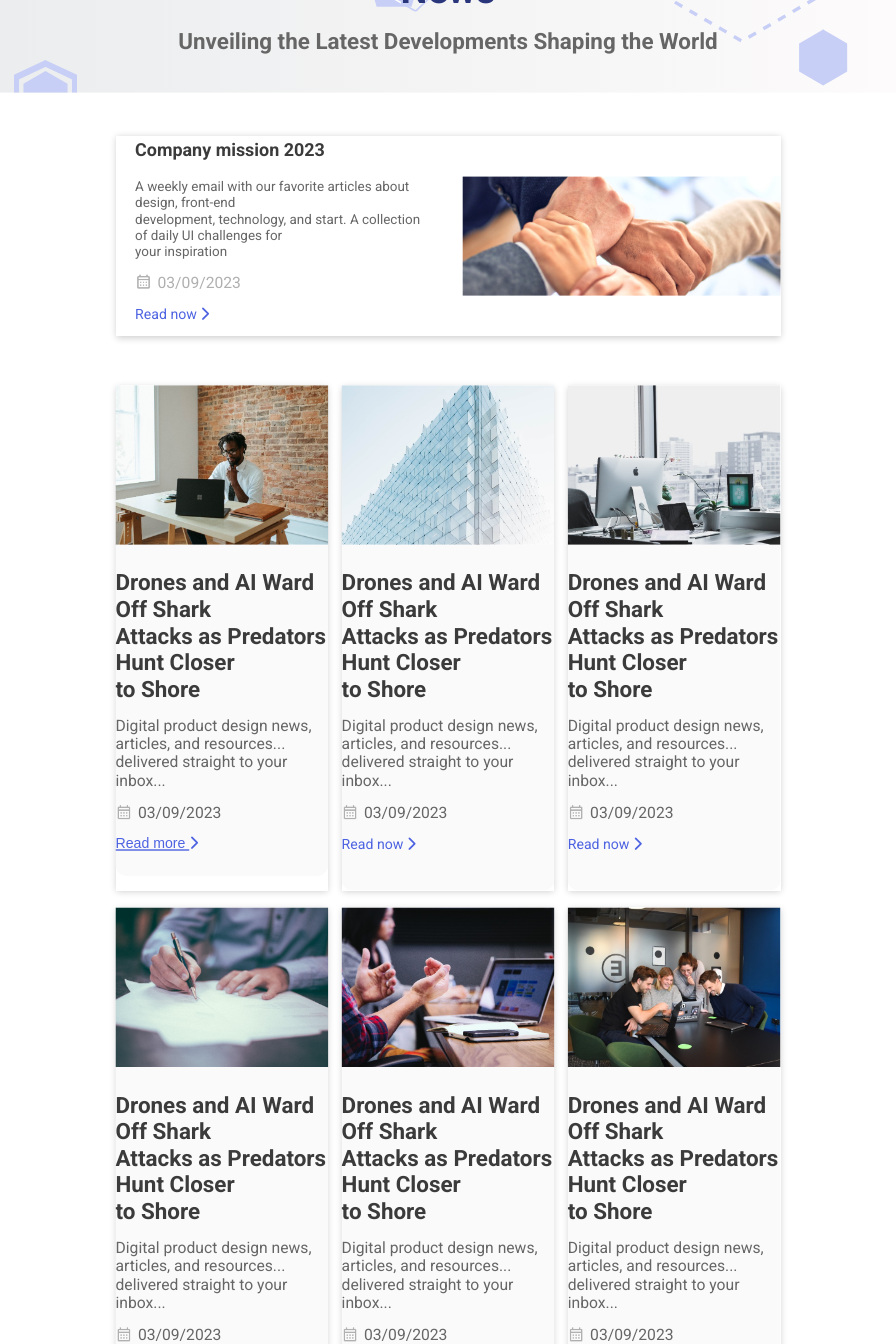
Repository: trunghau06/baitapRn
Page: pages/news.html
The author's editor kept a copy of each file at every save. The page is drawn from the files as they stood at one save, then again after a run of saves.
The browser window is 1280 px wide. The pictures show the part of the page from y = 376 to 2296 px (the page is 3739 px tall before and 3736 px after), at 70% of full size.

Above is the page before, as saved 2025-10-09 22:45:34.

### pages/news.html
<!DOCTYPE html>
<html lang="en">
<head>
    <meta charset="UTF-8">
    <meta name="viewport" content="width=device-width, initial-scale=1.0">
    <title>News</title>
    <link rel="stylesheet" href="../style/news.css?v=1">
    <link rel="stylesheet" href="https://cdnjs.cloudflare.com/ajax/libs/font-awesome/6.5.1/css/all.min.css">
    <link href="https://fonts.googleapis.com/css2?family=Roboto:wght@400;700&display=swap" rel="stylesheet">
</head>
<body>
    <!-- Thanh Header -->
    <header>
        <div class="header-Page">
            <!-- Logo -->
            <div class="logo">BEYOND COMPASS</div>

            <!-- Navigation Menu -->
            <nav>
                <ul>
                    <li><a href="../index.html"              >HOME        </a></li>
                    <li><a href="about.html"              >ABOUT US    </a></li>
                    <li><a href="product.html"            >OUR PRODUCTS</a></li>
                    <li><a href="news.html" class="active">NEWS        </a></li>
                    <li><a href="team.html"               >OUR TEAM    </a></li>
                    <li><a href="contact.html"            >CONTACT     </a></li>
                    <li><a href="blogs.html"              >BLOGS       </a></li>
                </ul>
            </nav>
        </div>
    </header>

    <div class="header-banner"></div>

    <!-- Gioi Thieu -->
    <div class="introduce-Page">
        <svg class="hexagon-small-double" viewBox="0 0 100 115" xmlns="http://www.w3.org/2000/svg">
            <polygon points="50 10, 85 30, 85 70, 50 90, 15 70, 15 30"
                    fill="#C8CFF6"
                    stroke="none"/>
            <polygon points="50 -2, 97 20, 97 80, 50 102, 3 80, 3 20"
                    fill="none"
                    stroke="#C8CFF6"
                    stroke-width="10"/>
        </svg>

        <div class="hexagon hexagon-large"></div>

         <svg class="hexagon-outline" viewBox="0 0 100 115" xmlns="http://www.w3.org/2000/svg">
            <polygon points="50 0, 93 25, 93 75, 50 100, 7 75, 7 25"
                    fill="none"
                    stroke="#C8CFF6"
                    stroke-width="2"
                    stroke-dasharray="5, 5"/>
        </svg>

        <svg class="pentagon-outline" viewBox="0 0 100 100" xmlns="http://www.w3.org/2000/svg">
            <defs>
                <linearGradient id="strokeHalfColor" x1="0%" y1="0%" x2="100%" y2="0%">
                    <stop offset="50%" style="stop-color:#FFFFFF;stop-opacity:1" />
                    <stop offset="50%" style="stop-color:#C8CFF6;stop-opacity:1" />
                </linearGradient>
            </defs>
            <polygon points="50 5, 95 40, 80 90, 20 90, 5 40"
                    fill="none"
                    stroke="url(#strokeHalfColor)"
                    stroke-width="3"
                    transform="rotate(30 50 50)"/>
        </svg>

        <svg class="pentagon-filled" viewBox="0 0 100 100" xmlns="http://www.w3.org/2000/svg">
            <polygon points="50 5, 95 40, 80 90, 20 90, 5 40"
                    fill="#C8CFF6"
                    stroke="#C8CFF6"
                    stroke-width="3"/>
        </svg>

        <h1>News</h1>

        <h3>Unveiling the Latest Developments Shaping the World</h3>
    </div>

    <div class="featured-article">
        <div class="main-featured">
            <div class="main-featured-content">
                <h3>
                    Company mission 2023
                </h3>

                <p>
                    A weekly email with our favorite articles about design, front-end <br>
                    development, technology, and start. A collection of daily UI challenges for <br>
                    your inspiration
                </p>

                <div class="calendar">
                    <img src="../Images/ic_calendar.png" alt="">

                    <p>03/09/2023</p>
                </div>

                <div class="detail">
                    <p>Read now <i class="fas fa-chevron-right"></i></p>
                </div>
            </div>

            <div class="main-featured-image">
                <img src="../Images/image_new_1.jpg" alt="Featured Article">
            </div>
        </div>

        <div class="box-section">
            <!-- box 1 -->
            <div class="box">
                <img src="../Images/image_new_2.jpg" alt="">

                <div class="content-box">
                    <h4>
                        Drones and AI Ward Off Shark<br>
                        Attacks as Predators Hunt Closer <br>
                        to Shore
                    </h4>

                    <p>
                        Digital product design news, articles, and resources...<br>
                        delivered straight to your inbox...
                    </p>

                    <div class="calendar-Box">
                        <img src="../Images/ic_calendar.png" alt="">

                        <p>03/09/2023</p>
                    </div>

                    <div class="detail-Box">
                        <a href="detailNews.html">Read more <i class="fas fa-chevron-right"></i></a>
                    </div>
                </div>
            </div>

            <!-- box 2 -->
            <div class="box">
                <img src="../Images/image_new_3.jpg" alt="">

                <div class="content-box">
                    <h4>
                        Drones and AI Ward Off Shark<br>
                        Attacks as Predators Hunt Closer <br>
                        to Shore
                    </h4>

                    <p>
                        Digital product design news, articles, and resources...<br>
                        delivered straight to your inbox...
                    </p>

                    <div class="calendar-Box">
                        <img src="../Images/ic_calendar.png" alt="">

                        <p>03/09/2023</p>
                    </div>

                    <div class="detail-Box">
                        <p>Read now <i class="fas fa-chevron-right"></i></p>
                    </div>
                </div>
            </div>

            <!-- box 3 -->
            <div class="box">
                <img src="../Images/image_new_4.jpg" alt="">

                <div class="content-box">
                    <h4>
                        Drones and AI Ward Off Shark<br>
                        Attacks as Predators Hunt Closer <br>
                        to Shore
                    </h4>

                    <p>
                        Digital product design news, articles, and resources...<br>
                        delivered straight to your inbox...
                    </p>

                    <div class="calendar-Box">
                        <img src="../Images/ic_calendar.png" alt="">

                        <p>03/09/2023</p>
                    </div>

                    <div class="detail-Box">
                        <p>Read now <i class="fas fa-chevron-right"></i></p>
                    </div>
                </div>
            </div>

            <!-- box 4 -->
            <div class="box">
                <img src="../Images/image_new_5.jpg" alt="">

                <div class="content-box">
                    <h4>
                        Drones and AI Ward Off Shark<br>
                        Attacks as Predators Hunt Closer <br>
                        to Shore
                    </h4>

                    <p>
                        Digital product design news, articles, and resources...<br>
                        delivered straight to your inbox...
                    </p>

                    <div class="calendar-Box">
                        <img src="../Images/ic_calendar.png" alt="">

                        <p>03/09/2023</p>
                    </div>

                    <div class="detail-Box">
                        <p>Read now <i class="fas fa-chevron-right"></i></p>
                    </div>
                </div>
            </div>

            <!-- box 5 -->
            <div class="box">
                <img src="../Images/image_new_6.jpg" alt="">

                <div class="content-box">
                    <h4>
                        Drones and AI Ward Off Shark<br>
                        Attacks as Predators Hunt Closer <br>
                        to Shore
                    </h4>

                    <p>
                        Digital product design news, articles, and resources...<br>
                        delivered straight to your inbox...
                    </p>

                    <div class="calendar-Box">
                        <img src="../Images/ic_calendar.png" alt="">

                        <p>03/09/2023</p>
                    </div>

                    <div class="detail-Box">
                        <p>Read now <i class="fas fa-chevron-right"></i></p>
                    </div>
                </div>
            </div>

            <!-- box 6 -->
            <div class="box">
                <img src="../Images/image_new_7.jpg" alt="">

                <div class="content-box">
                    <h4>
                        Drones and AI Ward Off Shark<br>
                        Attacks as Predators Hunt Closer <br>
                        to Shore
                    </h4>

                    <p>
                        Digital product design news, articles, and resources...<br>
                        delivered straight to your inbox...
                    </p>

                    <div class="calendar-Box">
                        <img src="../Images/ic_calendar.png" alt="">

                        <p>03/09/2023</p>
                    </div>

                    <div class="detail-Box">
                        <p>Read now <i class="fas fa-chevron-right"></i></p>
                    </div>
                </div>
            </div>
        </div>
    </div>

    <!-- Footer -->
    <div class="footer">
        <!-- Header -->
        <div class="header-Footer">
            <h2>BEYOND COMPASS</h2>
            <div class="social-icons">
                <button><img src="../Images/youtube.png" alt="YouTube"></button>
                <button><img src="../Images/logo_linkedin.png" alt="LinkedIn"></button>
                <button><img src="../Images/image.png" alt="Twitter"></button>
            </div>
        </div>

        <!-- Offices -->
        <div class="offices">
            <!-- Main Office -->
            <div class="office">
                <h3>Main Office: The One Vietnam Co.Ltd.</h3>
                <div class="office-info">
                    <span class="square"></span>

                    <div class="content-info">
                        <p><img src="../Images/ic_map.png" alt="">Location: 40-42 Thiên Phước, Ward 15, Dist 11, HCMC, VN</p>

                        <div class="phone-group">
                            <p><img src="../Images/ic_phone.png" alt="">Phone Number: </p>

                            <div class="phone">
                                <p>(84) 902.111.222. mobile</p>
                                <p>(84) 28.333.6668 (19 lines)</p>
                                <p>(84) 28.234.5678 (fax)</p>
                            </div>
                        </div>

                        <p><img src="../Images/ic_email.png" alt="">Email: abc@def.com</p>
                        <p><img src="../Images/ic_global.png" alt="">Fax: (123)-456-7890</p>
                    </div>
                </div>
            </div>

            <!-- Brand Offices -->
            <div class="office">
                <h3>Brand Offices: The One Office Vietnam</h3>
                <div class="brand-offices">
                    <div class="office-info">
                        <span class="square"></span>

                        <div class="content-info">
                            <p><img src="../Images/ic_map.png" alt="Location">Location: Singapore</p>
                            <p><img src="../Images/ic_phone.png" alt="Phone">Phone Number: (84) 902.111.222</p>
                            <p><img src="../Images/ic_email.png" alt="Email">Email: abc@def.com</p>
                            <p><img src="../Images/ic_global.png" alt="Fax">Fax: (123)-456-7890</p>
                        </div>
                    </div>

                    <div class="office-info">
                        <span class="square"></span>

                        <div class="content-info">
                            <p><img src="../Images/ic_map.png" alt="">Location: USA</p>
                            <p></span><img src="../Images/ic_phone.png" alt="">Phone Number: (84) 902.111.222</p>
                            <p></span><img src="../Images/ic_email.png" alt="">Email: abc@def.com</p>
                            <p></span><img src="../Images/ic_global.png" alt="">Fax: (123)-456-7890</p>
                        </div>
                    </div>
                </div>
            </div>
        </div>

        <div class="line"></div>

        <div class="footer-links">
            <div class="link-column">
            <h4>OUR PRODUCTS</h4>
            <ul>
                <li><i class="fas fa-chevron-right"></i> Company Formation</li>
                <li><i class="fas fa-chevron-right"></i> Globalization & Visas</li>
                <li><i class="fas fa-chevron-right"></i> Travel & Ticket</li>
                <li><i class="fas fa-chevron-right"></i> Logistic</li>
                <li><i class="fas fa-chevron-right"></i> Virtual Office</li>
            </ul>
            </div>

            <div class="link-column">
            <h4>COMPANY</h4>
            <ul>
                <li><i class="fas fa-chevron-right"></i> About Us</li>
                <li><i class="fas fa-chevron-right"></i> Terms of Service</li>
                <li><i class="fas fa-chevron-right"></i> Privacy Policy</li>
                <li><i class="fas fa-chevron-right"></i> Support</li>
            </ul>
            </div>
        </div>

        <footer class="footer-bottom">
            <p>Copyright © 2023 by THEONEVIETNAM.COM. All rights reserved. Designed by Tuyet Nhi.</p>
        </footer>
    </div>
</body>
</html>

### style/news.css
@import url('https://fonts.googleapis.com/css2?family=Righteous&display=swap');

* {
    margin: 0;
    padding: 0;
    box-sizing: border-box;
}

body {
    font-family: Arial, sans-serif;
}

/* Header */
.header-Page {
    position: fixed;
    top: 0;
    left: 0;
    width: 100%;
    margin: 0 auto;
    padding: 0 60px;
    display: flex;
    justify-content: space-between;
    align-items: center;
    height: 100px;
    background-color: white;
    z-index: 1000;
}


/* Logo */
.logo {
    font-family: 'Righteous', Arial, sans-serif;
    color: #2A367C;
    font-size: 2em;
    font-weight: 400;
    padding-left: 60px;
}

/* Menu */
nav ul {
    list-style: none;
    display: flex;
    gap: 30px;
    padding-right: 60px;
}

nav ul li a {
    text-decoration: none;
    color: #666666;
    font-size: 1.2em;
    font-weight: 700;
    padding-bottom: 28px;
    font-family: 'Roboto', Arial, sans-serif;
    position: relative;
}

nav ul li a::after {
    content: '';
    position: absolute;
    bottom: 0;
    left: -10px;
    right: -10px;
    height: 4px;
}

nav ul li a:hover,
nav ul li a.active {
    color: #3746A0;
}

nav ul li a:hover::after,
nav ul li a.active::after {
    background-color: #3746A0;
}

/* Banner */
.header-banner {
    margin-top: 100px;
    width: 100%;
    height: 200px;
    background-image: url('../Images/anhHeader_4.png');
    background-size: cover;
    background-position: center;
}

.introduce-Page {
    position: relative;
    background: linear-gradient(to right, #EBEDEE, #FDFBFB);
    display: flex;
    flex-direction: column;
    justify-items: center;
    align-items: center;
    padding: 30px 20px;
    overflow: hidden;
}

.introduce-Page h1 {
    font-family: 'Roboto', Arial, sans-serif;
    color: #2A367C;
    font-size: 3.4em;
    font-weight: 700;
    margin-bottom: 20px;
    z-index: 2;
}

.introduce-Page h3 {
    font-family: 'Roboto', Arial, sans-serif;
    font-size: 2em;
    color: #666666;
    line-height: 1.4;
    margin-bottom: 20px;
    font-weight: bold;
}

.hexagon {
    position: absolute;
    background-color: #C8CFF6;
    clip-path: polygon(
        50% 0%, 93% 25%, 93% 75%, 50% 100%, 7% 75%, 7% 25%
    );
    box-shadow:
        0 0 0 8px white,
        0 0 0 10px #8B9FD9;
}

/* Hình lục giác nhỏ với 2 lớp viền */
.hexagon-small-double {
    position: absolute;
    width: 90px;
    height: 140px;
    top: 72%;
    left: 20px;
    z-index: 2;
}

/* Hình lục giác lớn */
.hexagon-large {
    width: 80px;
    height: 80px;
    bottom: 10px;
    right: 5%;
}

/* Hình lục giác chỉ viền nét đứt */
.hexagon-outline {
    position: absolute;
    width: 280px;
    height: 280px;
    top: 15%;
    right: 80px;
    transform: translateY(-50%);
}

/* Hình ngũ giác 5 góc nghiêng phải */
.pentagon-outline {
    position: absolute;
    width: 80px;
    height: 80px;
    top: 25%;
    left: 46%;
    transform: translate(-50%, -50%);
    z-index: 1;
}

/* Hình ngũ giác có ruột màu xanh */
.pentagon-filled {
   position: absolute;
    width: 80px;
    height: 80px;
    top: 25%;
    left: 44%;
    transform: translate(-50%, -50%);
    z-index: 0;
}

.featured-article {
    width:100%;
    display: flex;
    flex-direction: column;
    gap: 30px;
    padding: 30px 165px;
    margin-top: 32px;
}

.main-featured {
    display: flex;
    width: 100%;
    height: auto;
    justify-content: center;
    align-items: center;
    box-shadow: 0 2px 10px rgba(0,0,0,0.2);
    gap: 40px;
    padding: 0;
}

.main-featured-content {
    width: 50%;
    padding: 0 0 0 28px;
}

.main-featured-content h3 {
    font-family: 'Roboto', Arial, sans-serif;
    font-size: 1.6em;
    font-weight: 700;
    margin-bottom: 20px;
    line-height: 1.6;
    color: #3B3B3B;
}

.main-featured-content p {
    font-family: 'Roboto', Arial, sans-serif;
    font-size: 1.2em;
    font-weight: 400;
    margin-bottom: 20px;
    color: #666666 !important;
}

.main-featured-content button {
    width: 15%;
    background-color: #4D63E2;
    color: #FFFFFF;
    border: none;
    font-size: 1.2em;
    padding: 15px 10px;
    border-radius: 44px;
}

.main-featured-image {
    width: 50%;
    padding: 0;
    display: flex;
    justify-content: flex-end;
}

.main-featured-image img {
    width: 100%;
    aspect-ratio: 16/6;
    object-fit: cover;
}

.calendar {
    display: flex;
    justify-items: flex-start;
    gap: 8px;
}

.calendar img {
    width: 24px;
    height: 24px;
    color: #B0B0B0;
}

.calendar p {
    font-family: 'Roboto', Arial, sans-serif;
    font-size: 1.4em;
    font-weight: 400;
    margin-bottom: 20px;
    color: #B0B0B0 !important;
}

.detail {
    display: flex;
    width: 100%;
    font-size: 0.9em;
}

.main-featured-content .detail p {
    color: #4D63E2 !important;
    font-size: 1.4em;
}

.box-section {
    display: flex;
    flex-wrap: wrap;
    width: 100%;
    padding: 40px 0;
    justify-content: space-between;
    align-items: stretch;
}

.box {
    width: 32%;
    overflow: hidden;
    display: flex;
    flex-direction: column;
    justify-items: center;
    align-items: center;
    padding: 0;
    margin-bottom: 24px;
    box-shadow: 0 2px 10px rgba(0,0,0,0.2);
}

.box img {
    width: 100%;
    aspect-ratio: 4/3;
    object-fit: cover;
}

.content-box {
    width: 100%;
    display: flex;
    flex-direction: column;
    align-items: flex-start;
    justify-content: flex-start;
    padding: 15px 0 35px 0;
    background-color: #FAFAFA;
    border-radius: 0 0 16px 16px;
}

.content-box h4 {
    font-family: 'Roboto', Arial, sans-serif;
    color: #3B3B3B;
    font-size: 2em;
    font-weight: 700;
    margin: 20px 0;
    justify-items: flex-start;
}

.content-box p {
    font-family: 'Roboto', Arial, sans-serif;
    font-size: 1.4em;
    font-weight: 400;
    margin-bottom: 20px;
    justify-items: flex-start;
    color: #666666 !important;
}

.calendar-Box {
    width: 100%;
    display: flex;
    align-items: center;
    gap: 8px;
    margin-bottom: 20px;
    justify-items: flex-start;
}

.calendar-Box img {
    width: 24px;
    height: 24px;
}

.calendar-Box p {
    font-family: 'Roboto', Arial, sans-serif;
    font-size: 1.4em;
    font-weight: 500;
    color: #B0B0B0;
    margin: 0;
}

.detail-Box {
    display: flex;
    width: 100%;
    font-size: 0.9em;
}

.content-box .detail-Box p {
    color: #4D63E2 !important;
    font-size: 1.4em;
}

.content-box .detail-Box a {
    color: #4D63E2 !important;
    font-size: 1.4em;
}

/* Footer */
.footer {
  display: flex;
  flex-direction: column;
  background-color: #3746A0;
}

.header-Footer {
    display: flex;
    justify-content: space-between;
    align-items: center;
    padding: 20px 160px;
    margin-top: 50px;
}

.header-Footer h2 {
    font-size: 3em;
    font-weight: bold;
    letter-spacing: 2px;
    font-family: 'Righteous', Arial, sans-serif;
    color: #FFFFFF;
}

.social-icons {
    display: flex;
    gap: 15px;
}

.social-icons button {
    background: #FFFFFF;
    border: none;
    cursor: pointer;
    width: 80px;
    height: 80px;
    border-radius: 10px;
    display: flex;
    align-items: center;
    justify-content: center;
}

.social-icons button img {
    width: 70%;
    height: 70%;
    object-fit: contain;
}

.offices {
    padding: 10px 160px;
    display: grid;
    grid-template-columns: 1fr 1fr;
    gap: 40px;
    margin-top: 30px;
}

.brand-offices {
    display: grid;
    grid-template-columns: 1fr 1fr;
    gap: 60px;
}

.office h3 {
    margin-bottom: 15px;
    font-size: 1.8em;
    color: #FFFFFF;
}

.office-info {
    position: relative;
    margin-bottom: 20px;
    display: flex;
    align-items: flex-start;
}

.office-info .square {
    position: absolute;
    left: 0;
    top: 25px;
    width: 24px;
    height: 24px;
    background: #202A5F;
    border-radius: 4px;
}

.content-info {
    padding-left: 50px;
}

.content-info p {
    margin: 28px 0;
    display: flex;
    align-items: center;
    font-size: 1.2em;
    color: #FFFFFF;
}

.phone-group {
    display: flex;
    justify-content: left;
    align-items: flex-start;
    gap: 10px;
}

.phone-group p {
    margin: 0;
    font-size: 1.2em;
    margin-bottom: 28px;
    color: #FFFFFF;
}

.phone-group .phone p:nth-of-type(3) {
    margin-bottom: 0;
}

.phone {
    display: flex;
    flex-direction: column;
    text-align: left;
}

.content-info img {
    width: 30px;
    height: 30px;
    margin-right: 16px;
    vertical-align: middle;
    filter: brightness(0) invert(1);
}

.line {
    width: 86%;
    height: 2px;
    background: rgba(255,255,255,0.5);
    margin: 0 auto 40px auto;
}

.footer-links {
  display: flex;
  justify-content: left;
  gap: 200px;
  padding: 20px 160px;
  margin-bottom: 50px;
}

.link-column h4 {
  margin-bottom: 15px;
  font-size: 1.8em;
  font-weight: bold;
  color: #FFFFFF;
  text-transform: uppercase;
}

.link-column ul {
  list-style: none;
  padding: 0 10px;
}

.link-column ul li {
  margin: 28px 0;
  font-size: 1.2em;
  display: flex;
  align-items: center;
  color: #FFFFFF;
}

.link-column ul li i {
  margin-right: 24px;
  font-size: 1em;
  color: #FFFFFF;
}

.footer-bottom {
  margin-top: auto;
  background: #fff;
  text-align: center;
  padding: 30px 0;
  font-size: 14px;
  color: #555;
  border-top: 1px solid #ddd;
}

After the next 4 saves:
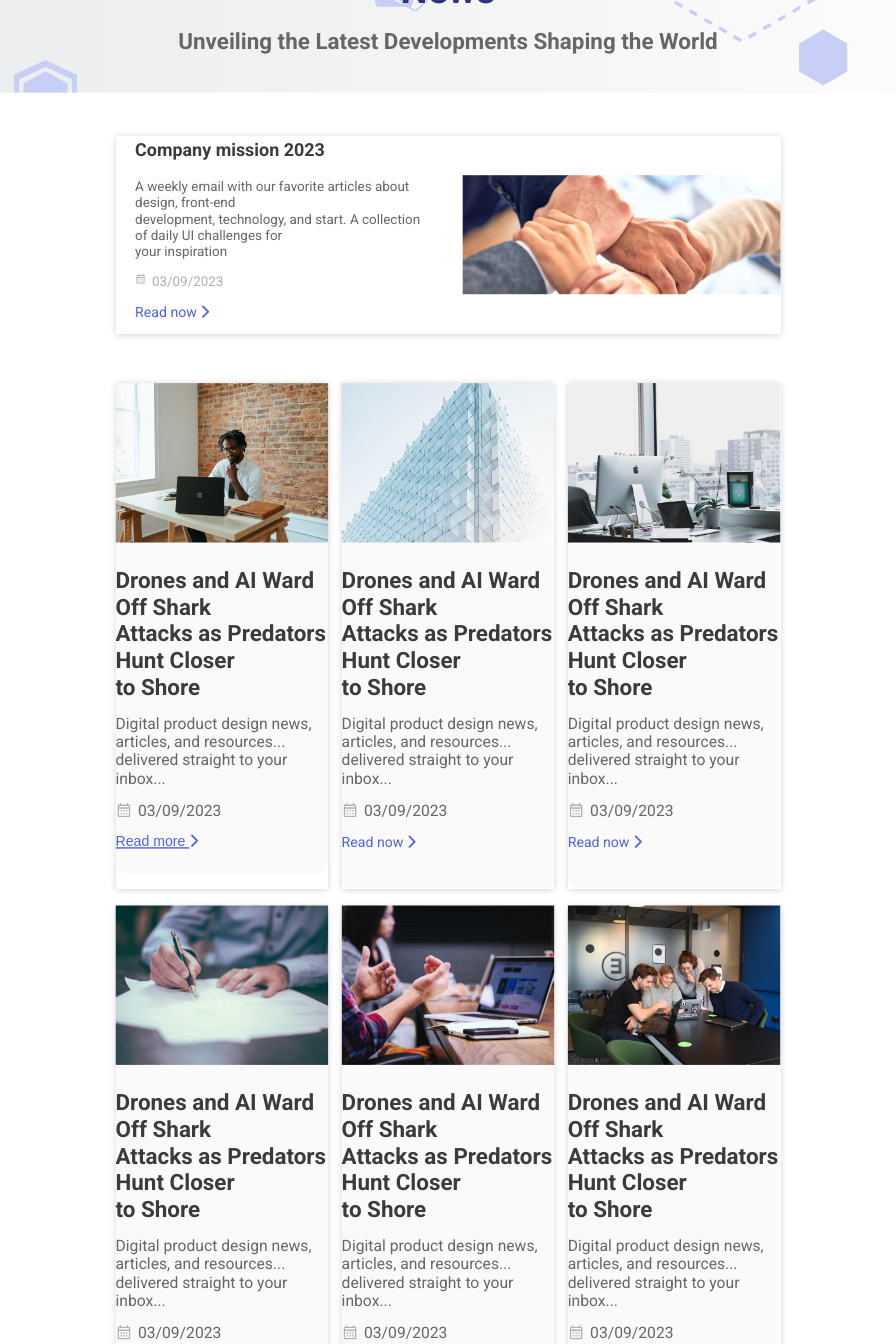
The 4 saves are shown as one change because they came seconds apart.
The last was saved 14 s later.
--- a/style/news.css
+++ b/style/news.css
@@ -245,14 +245,14 @@ nav ul li a.active::after {
 }
 
 .calendar img {
-    width: 24px;
-    height: 24px;
+    width: 16px;
+    height: 16px;
     color: #B0B0B0;
 }
 
 .calendar p {
     font-family: 'Roboto', Arial, sans-serif;
-    font-size: 1.4em;
+    font-size: 1.2em;
     font-weight: 400;
     margin-bottom: 20px;
     color: #B0B0B0 !important;
